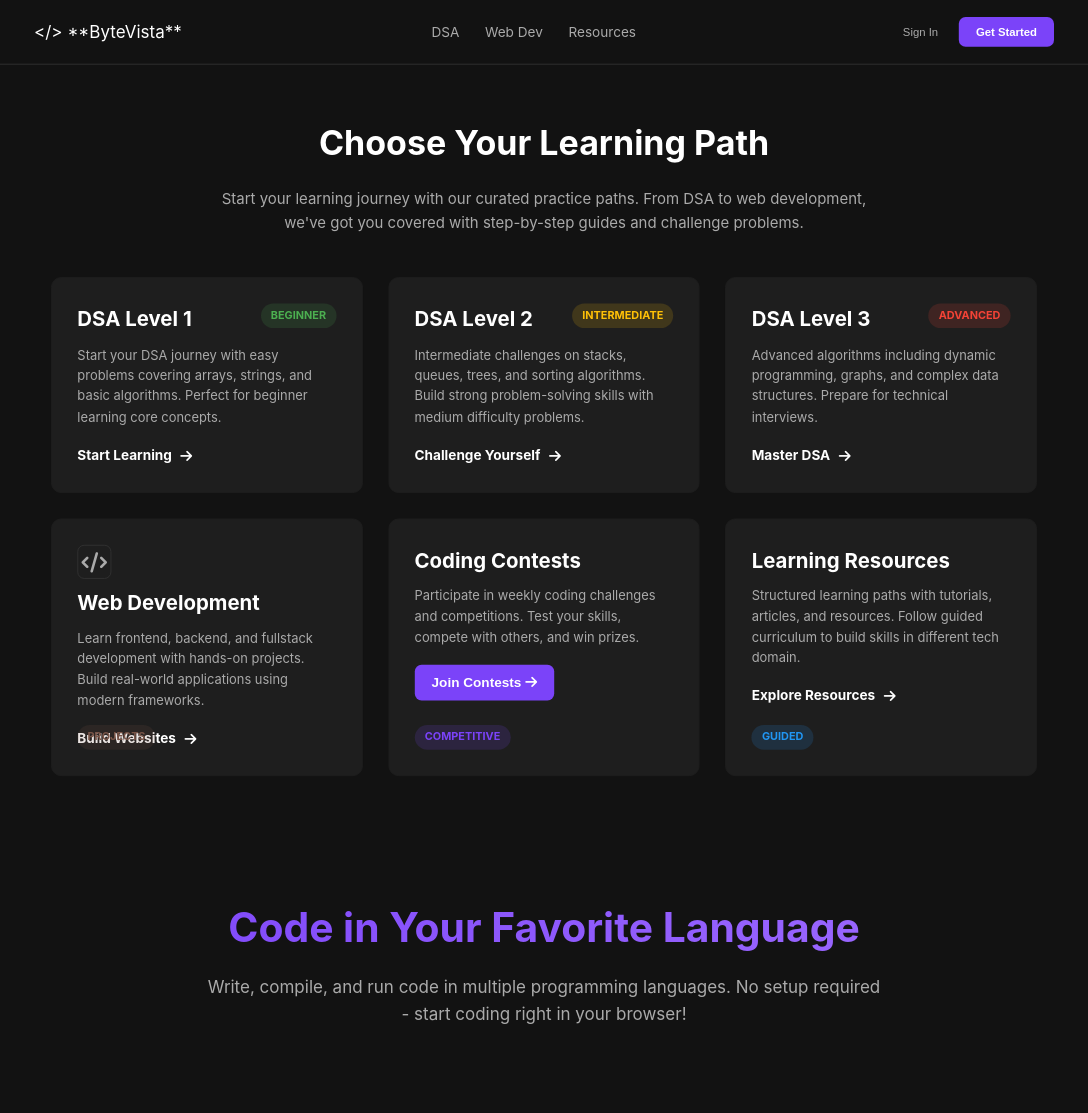
Repository: biswaranjansatapathy2005-lang/ByteVista
Page: frontend/course/course.html
The author's editor kept a copy of each file at every save. The page is drawn from the files as they stood at one save, then again after the next save.
The browser window is 1280 px wide. The pictures show the whole page, at 85% of full size.

Above is the page before, as saved 2025-12-13 02:23:22.

After the next save:
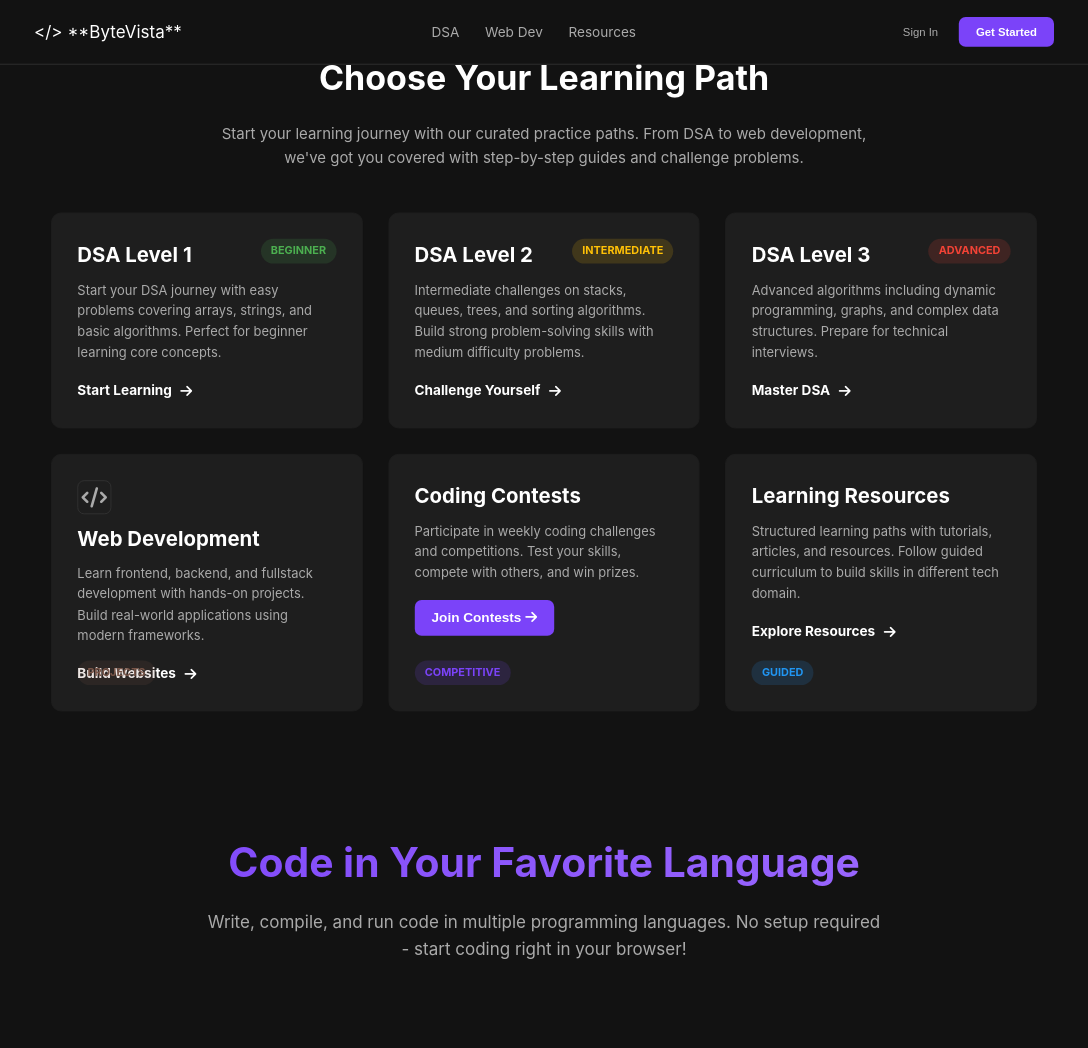
Saved 29 s later.
--- a/frontend/course/course.css
+++ b/frontend/course/course.css
@@ -50,7 +50,11 @@
     align-items: center;
     padding: 20px 40px;
     border-bottom: 1px solid var(--color-border-subtle);
-
+    position: fixed;                    /* stays on top while scrolling */
+    top: 0;
+    left: 0;
+    width: 100%;
+    z-index: 999;
 }
 .main-header.scrolled {
     background: rgba(18, 18, 18, 0.55);         /* stronger background */
